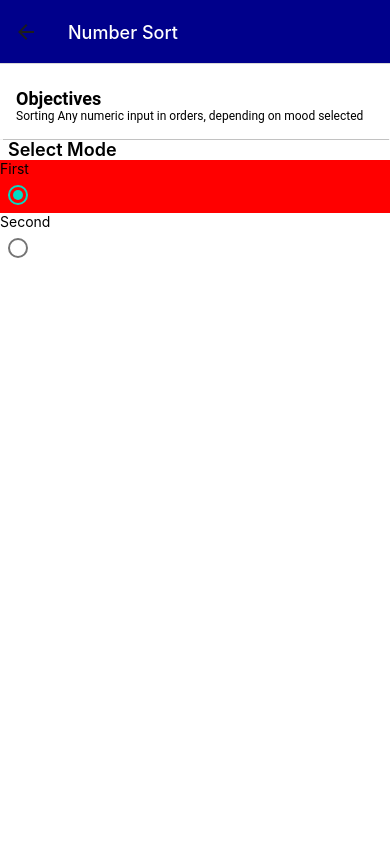
Repository: seyicoded/rn-crazy-algorithm-app
Screen: /Sort_simple_number
The author's editor kept a copy of each file at every save. The screen is drawn from the files as they stood at one save, then again after the next save.
The app was drawn by React Native's web renderer in a window 390 px wide. The project was rebuilt for these pictures with package versions that can differ from the ones it lists, and the page was loaded fresh each time. Also part of the build but not shown: src/screens/sort.js, src/screens/filter.js, src/screens/advance.js, src/screens/sorts/Sort_alphabet.js.

Above is the screen before, as saved 2022-03-30 17:38:18.

### App.js
import 'react-native-gesture-handler';
import { StatusBar } from 'expo-status-bar';
import { StyleSheet, Text, View } from 'react-native';
import Main from './src/main'
export default function App() {
  return (
    <View style={styles.container}>
      <Main />
      <StatusBar style="auto" />
    </View>
  );
}

const styles = StyleSheet.create({
  container: {
    flex: 1,
    backgroundColor: '#fff',
  },
});

### src/main.js
import { View, Text } from 'react-native'
import React from 'react'
import {NavigationContainer} from '@react-navigation/native'
import {createStackNavigator} from '@react-navigation/stack'
import Home from './screens/index'
import Sort from './screens/sort'
import Filter from './screens/filter'
import Advance from './screens/advance'
import Sort_simple_number from './screens/sorts/Sort_simple_number'
import Sort_alphabet from './screens/sorts/Sort_alphabet'

const StackNav = createStackNavigator()

export default function Main() {
  return (
    <NavigationContainer>
        <StackNav.Navigator>
            <StackNav.Screen name="Home" options={{headerMode: 'none'}} component={Home} />
            <StackNav.Screen name="Filter" options={{headerMode: 'none'}} component={Filter} />
            <StackNav.Screen name="Sort" options={{headerMode: 'none'}} component={Sort} />
            <StackNav.Screen name="Advance" options={{headerMode: 'none'}} component={Advance} />

            {/* sort aspect */}
            <StackNav.Screen name="Sort_simple_number" options={{title: 'Number Sort', headerStyle: {backgroundColor: 'darkblue', color: 'white'}, headerTitleStyle: {color: 'white'}}} component={Sort_simple_number} />
            <StackNav.Screen name="Sort_alphabet" options={{title: 'Alphabet Sort', headerStyle: {backgroundColor: 'darkblue', color: 'white'}, headerTitleStyle: {color: 'white'}}} component={Sort_alphabet} />
        </StackNav.Navigator>
    </NavigationContainer>
  )
}

### src/screens/index.js
import { View, Text, StyleSheet, FlatList, TouchableOpacity } from 'react-native'
import React, {useState, useEffect, useRef} from 'react'
import Header from '../layout/header'
import { List, Avatar, Card, Title, Paragraph, Button } from 'react-native-paper';

const data = [
    {
        id: 'Sort',
        image: 'https://picsum.photos/700',
        title: 'Sort',
    },
    {
        id: 'Filter',
        image: 'https://picsum.photos/700',
        title: 'Filter',
    },
    {
        id: 'Advance',
        image: 'https://picsum.photos/700',
        title: 'Advance',
    },
]

export default function Index({route, navigation}) {
    const [color, setColor] = useState('darkblue');
    var timer = null;
    var ColorChanger = useRef('darkblue');


    useEffect(()=>{
        timer = setInterval(()=>{
            // console.log('.')
            ColorChanger.current = (ColorChanger.current == 'darkblue') ? 'darkred' : 'darkblue';
            setColor(ColorChanger.current);
        }, 1000);
        return ()=>{
            clearInterval(timer);
        }
    }, [])

    const styles = StyleSheet.create({
        container: {
          flex: 1,
          width: '100%',
          backgroundColor: '#fff',
        },
        header: {
            fontSize: 16,
            textAlign: 'center',
            marginTop: 20,
            marginBottom: 20,
            color: color,
            fontWeight: '700',
        },
        list: {
            width: '100%',
        },
        card: {
            // backgroundColor: 'red',
            margin: 20,
            shadowColor: '#000',
            shadowOffset: { width: 0, height: 2 },
            shadowOpacity: 0.8,
            elevation: 4
        }
    });

    return (
        <View style={styles.container}>
            <Header title="Home" visible={false} navigation={navigation} />
            <Text style={styles.header}>Let's Prep Shall We</Text>

            <FlatList
                data={data}
                style={styles.list}
                renderItem={({ item }) => {
                    return (
                        <TouchableOpacity onPress={() => navigation.navigate(item.id, {title: item.title})}>
                            <Card style={styles.card}>
                                <Card.Cover source={{ uri: item.image }} />
                                {/* <Card.Actions style={{justifyContent: 'center'}}>
                                    <Button onPress={()=>navigation.navigate(item.id)}>{item.title}</Button>

                                </Card.Actions> */}

                                <Card.Content style={{justifyContent: 'center'}}>
                                    <Title style={{textAlign: 'center', marginTop:12, color: 'darkblue'}}>{item.title}</Title>
                                </Card.Content>
                            </Card>
                        </TouchableOpacity>
                    )
                }}
                numColumns={1}
            />

            {/* <Card>
                <Card.Cover source={{ uri: 'https://picsum.photos/700' }} />

                <Card.Content>
                    <Title>Card title</Title>
                </Card.Content>
            </Card> */}

        </View>
    )
}

### src/screens/sorts/Sort_simple_number.js
import { StyleSheet, Text, View } from 'react-native'
import React from 'react'
import { Banner, RadioButton } from 'react-native-paper';

export default function Sort_simple_number() {
    const [value, setValue] = React.useState('first');
  return (
    <View style={styles.container}>
        <Banner
            visible={true}
            actions={[
            ]}
            >
                <View>
                    <Text style={{fontWeight: '600', fontSize: 18}}>Objectives</Text>
                    <Text />
                    <Text style={{fontSize: 12}}>Sorting Any numeric input in orders, depending on mood selected</Text>
                </View>
        </Banner>
        <Text />
        <Text style={styles.title_element}>Select Mode</Text>

        <RadioButton.Group onValueChange={newValue => setValue(newValue)} value={value}>
            <View style={{backgroundColor: 'red'}}>
                <Text>First</Text>
                <RadioButton value="first" />
            </View>
            <View>
                <Text>Second</Text>
                <RadioButton value="second" />
            </View>
        </RadioButton.Group>

    </View>
  )
}

const styles = StyleSheet.create({
    container: {
        flex: 1,
        backgroundColor: '#fff',
    },
    title_element: {
        fontWeight: '600',
        fontSize: 18,
        paddingLeft: 8
    }
})

### src/layout/header.js
import { View, Text } from 'react-native'
import React, {useState, useEffect} from 'react'
import { Appbar } from 'react-native-paper';

export default function Header({title, visible, navigation}) {
    // const [visible, setVisible] = useState(false);

    if(visible){
        return (
            <Appbar.Header style={{backgroundColor: 'darkblue'}}>
                {
                    (visible) ?
                    <Appbar.BackAction onPress={()=>navigation.goBack()} />
                    :<></>
                }
                <Appbar.Content title={title} />
            </Appbar.Header>
          )
    }else{
        return (
            <Appbar.Header style={{backgroundColor: 'darkblue'}}>
                <Appbar.Content title={title} />
            </Appbar.Header>
          )
    }

}

After the next save:
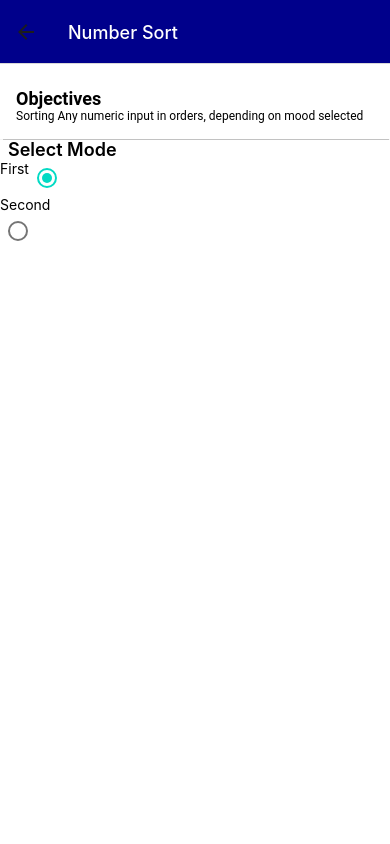
Saved 15 s later.
--- a/src/screens/sorts/Sort_simple_number.js
+++ b/src/screens/sorts/Sort_simple_number.js
@@ -21,7 +21,7 @@ export default function Sort_simple_number() {
         <Text style={styles.title_element}>Select Mode</Text>
 
         <RadioButton.Group onValueChange={newValue => setValue(newValue)} value={value}>
-            <View style={{backgroundColor: 'red'}}>
+            <View style={{flexDirection: 'row'}}>
                 <Text>First</Text>
                 <RadioButton value="first" />
             </View>
